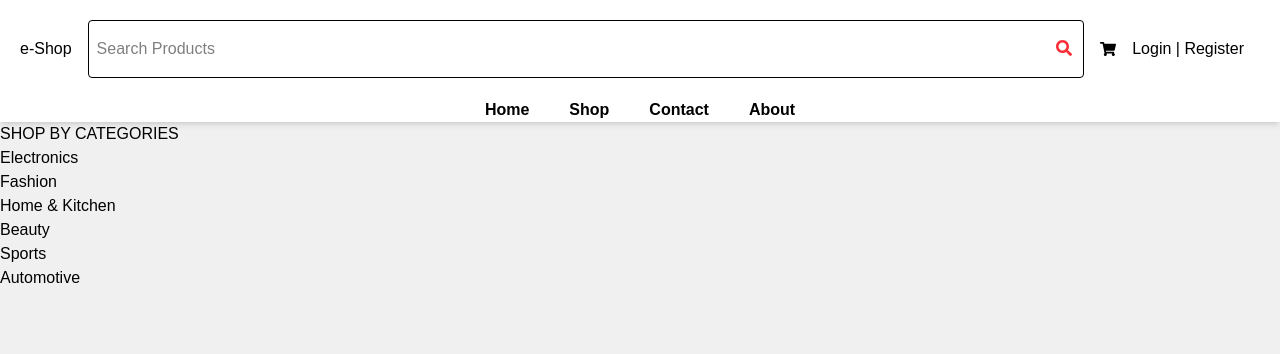
Repository: EmmyDunny1/frontend-ecommerce
Page: /
The author's editor kept a copy of each file at every save. The page is drawn from the files as they stood at one save, then again after the next save.
The browser window is 1280 px wide. The pictures show the whole page.
The project was rebuilt for these pictures with package versions that can differ from the ones it lists, and the page was loaded fresh each time. Also part of the build but not shown: vite.config.js.

Above is the page before, as saved 2025-05-09 12:51:14.

After the next save:
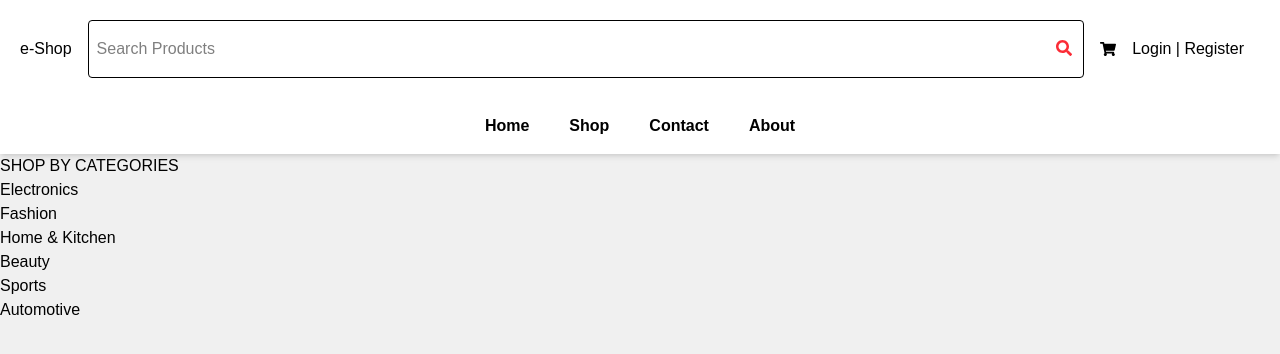
Saved 4 s later.
--- a/src/components/Navbar.jsx
+++ b/src/components/Navbar.jsx
@@ -23,7 +23,7 @@ const Navbar = () => {
       </div>
 
       {/* Navigation header */}
-      <div className='flex items-center justify-center space-x-10 font-bold '>
+      <div className='flex items-center justify-center space-x-10 font-bold py-4'>
         <Link to='/' className='hover:underline'>Home </Link>
         <Link to='/' className='hover:underline'>Shop </Link>
         <Link to='/' className='hover:underline'>Contact </Link>
